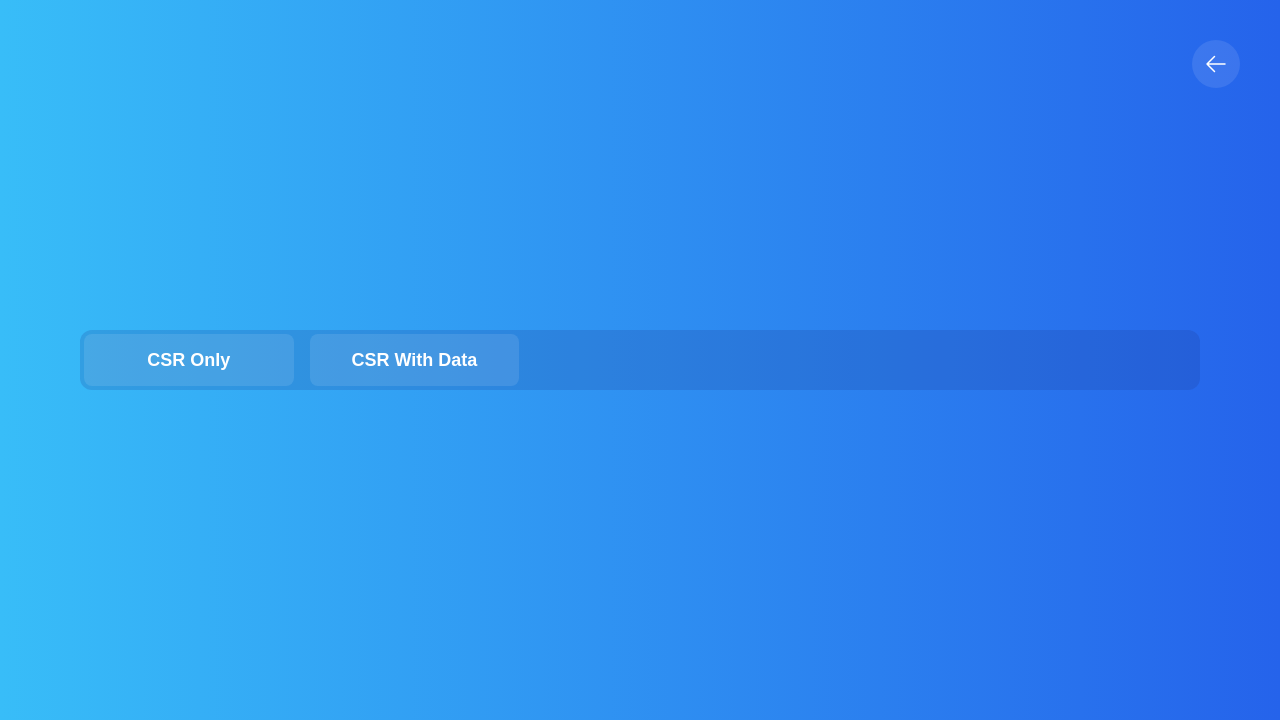
Repository: Marcus20119/Study_nextjs
Page: /CSR
These files come from the project's save history. The page is drawn as it stood at one moment and after the next save; the edit follows.
The browser window is 1280 px wide. The pictures show the whole page.
The project was rebuilt for these pictures with package versions that can differ from the ones it lists, and the page was loaded fresh each time. The framework's server and built-in components were replaced by stand-ins that run in the browser. Also part of the build but not shown: next.config.js.

Above is the page before, as saved 2023-04-06 13:51:39.

After the next save:
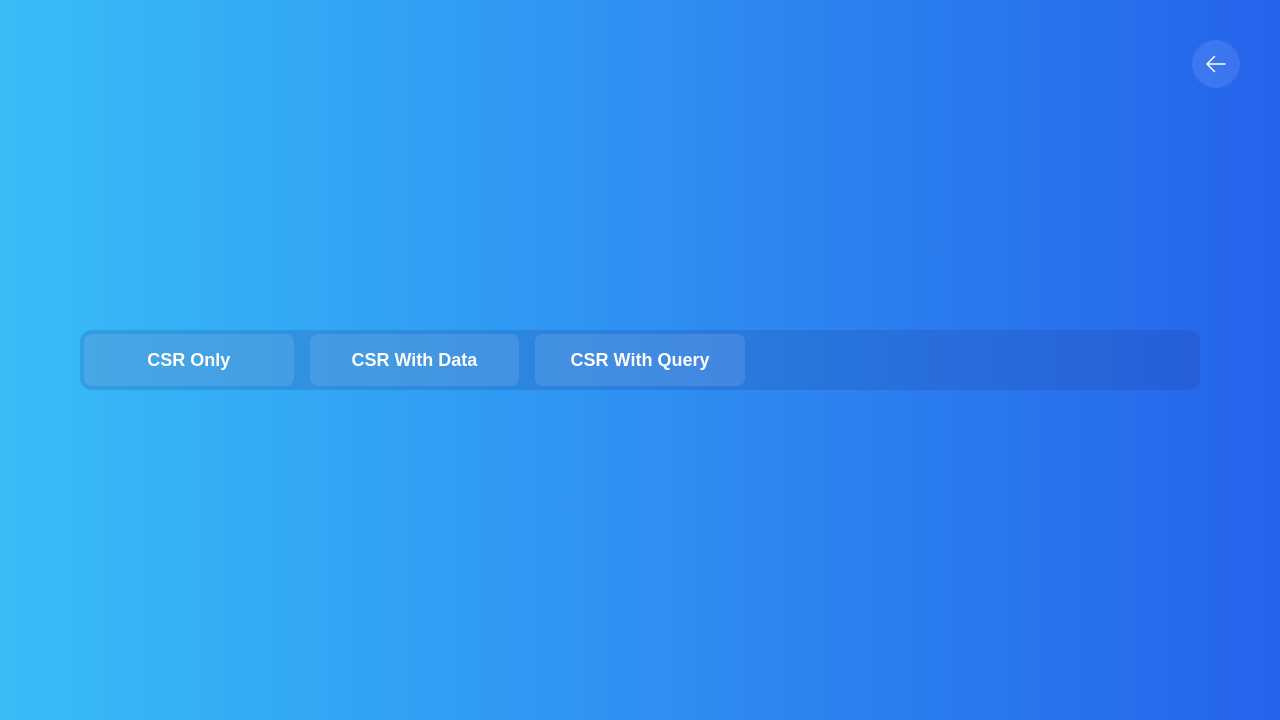
Saved 37 s later.
--- a/pages/CSR/index.tsx
+++ b/pages/CSR/index.tsx
@@ -16,6 +16,10 @@ const CSR: React.FC<ICSR> = ({}) => {
     {
       path: '/CSR/CSRWithData',
       name: 'CSR With Data',
+    },
+    {
+      path: '/CSR/1',
+      name: 'CSR With Query',
     },
   ];
   return (
